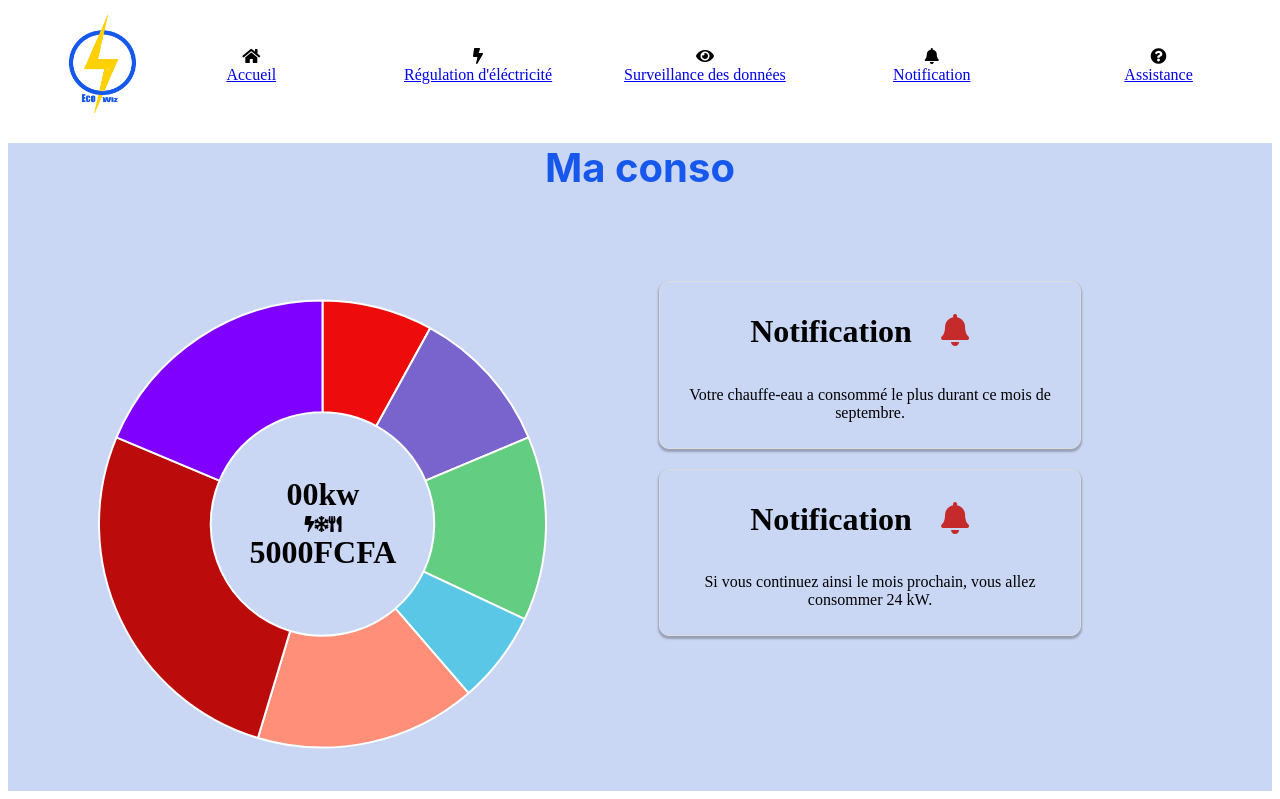
Repository: hamdia200/OSC-Ecowiz
Page: http://localhost/accueil
An editor plug-in stored every save of this project. The page is shown before and after the next save, followed by the edit.
The browser window is 1280 px wide. The pictures show the whole page.
The page is served by the project's Laravel application, run on PHP 8.4 with Laravel 10.

Above is the page before, as saved 2023-08-22 23:04:45.
Console error: TypeError: myChart._getArcLength is not a function

After the next save:
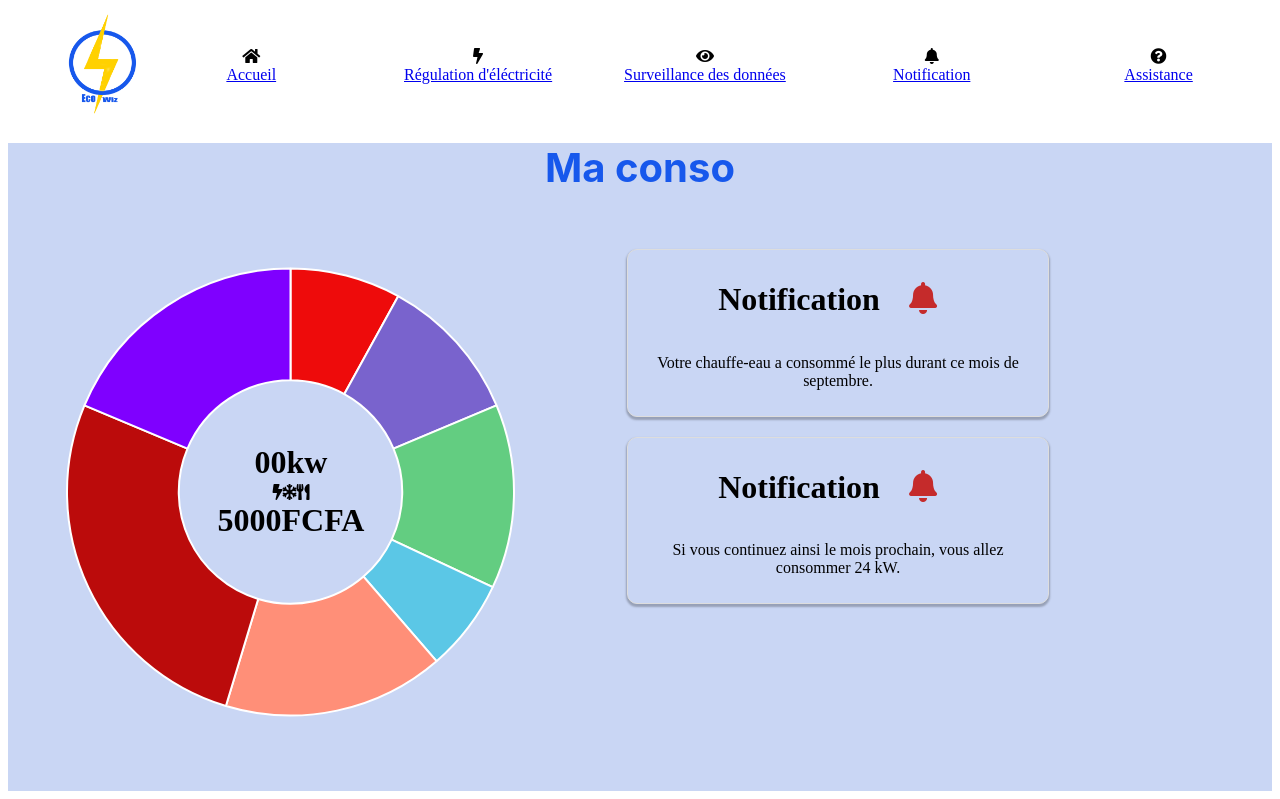
Saved 22 s later.
--- a/resources/views/accueil.blade.php
+++ b/resources/views/accueil.blade.php
@@ -25,7 +25,7 @@
             position: relative;
             width: 300px;
             height: 300px;
-            margin: 5rem;
+            margin: 3rem;
         }
 
         .chart-container {
